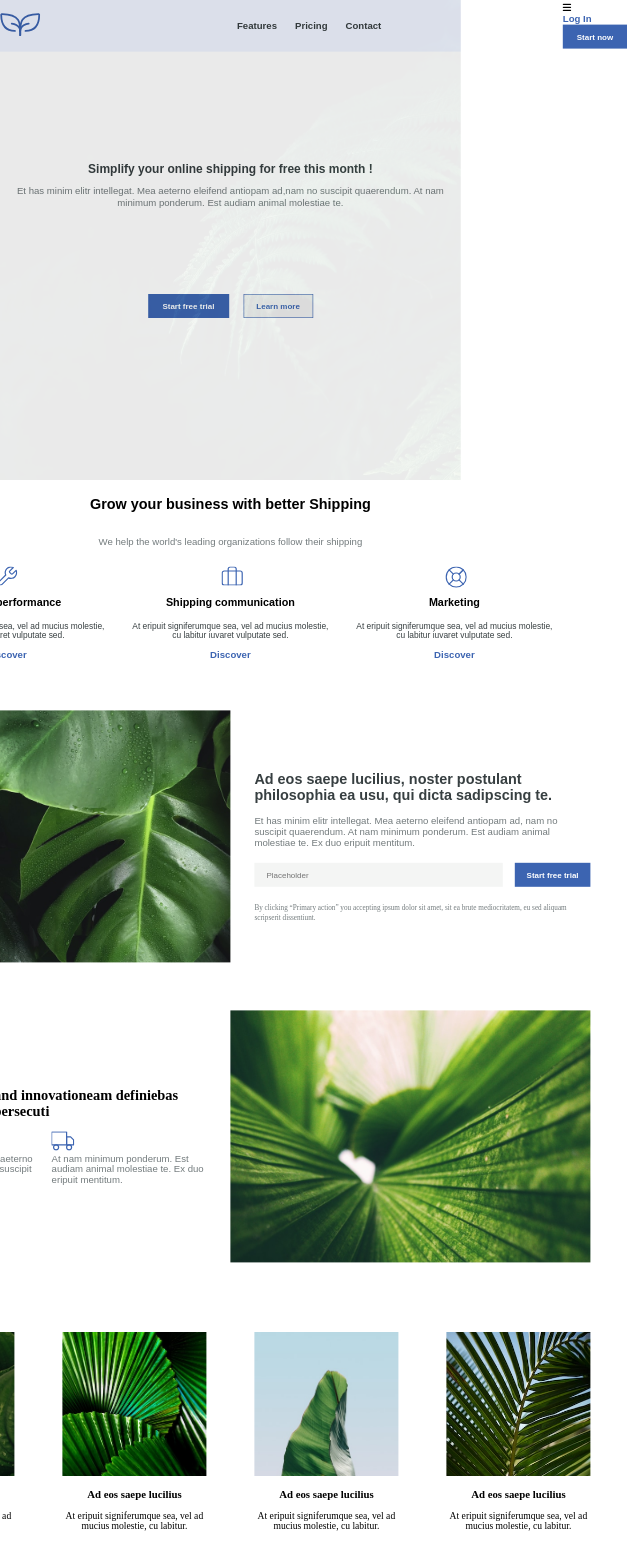
Repository: Mygit2001/LeTuSy_Test_Ecommage
Page: index.html
The author's editor kept a copy of each file at every save. The page is drawn from the files as they stood at one save, then again after the next save.
The browser window is 768 px wide. The page is 1045 px wide, so the pictures cover 1045 px, including what lies to the right of the window. The pictures show the whole page, at 60% of full size.
Some web fonts or font styles are not loaded; a fallback is used. Some web libraries are served in a nearby version.

Above is the page before, as saved 2023-02-15 22:28:50.

After the next save:
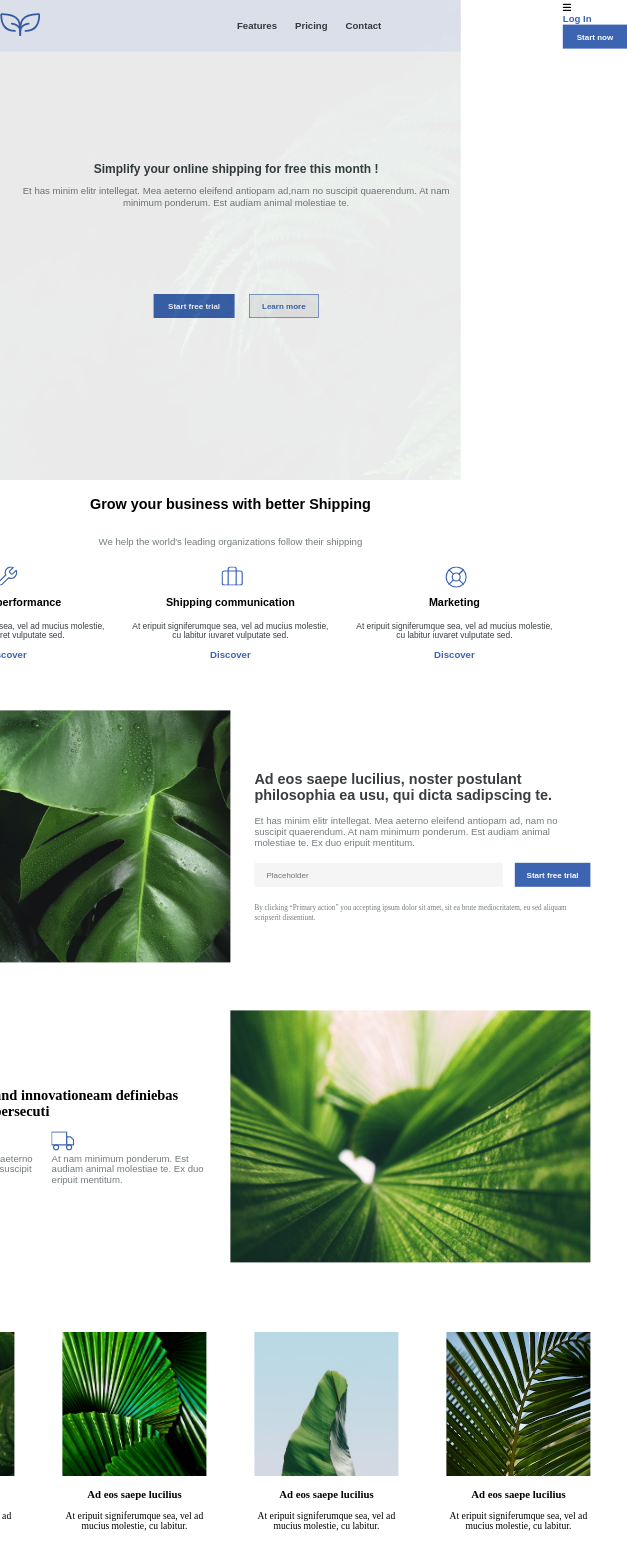
Saved 18 s later.
--- a/assets/css/responsive.css
+++ b/assets/css/responsive.css
@@ -40,6 +40,9 @@
     .container, .main_intro, .main_intro-content {
         width: auto;
     }
+    .main_intro-content-text  {
+        width: 100%;
+    }
     .main_intro-content-text span{
         font-size: 20px;
     }
